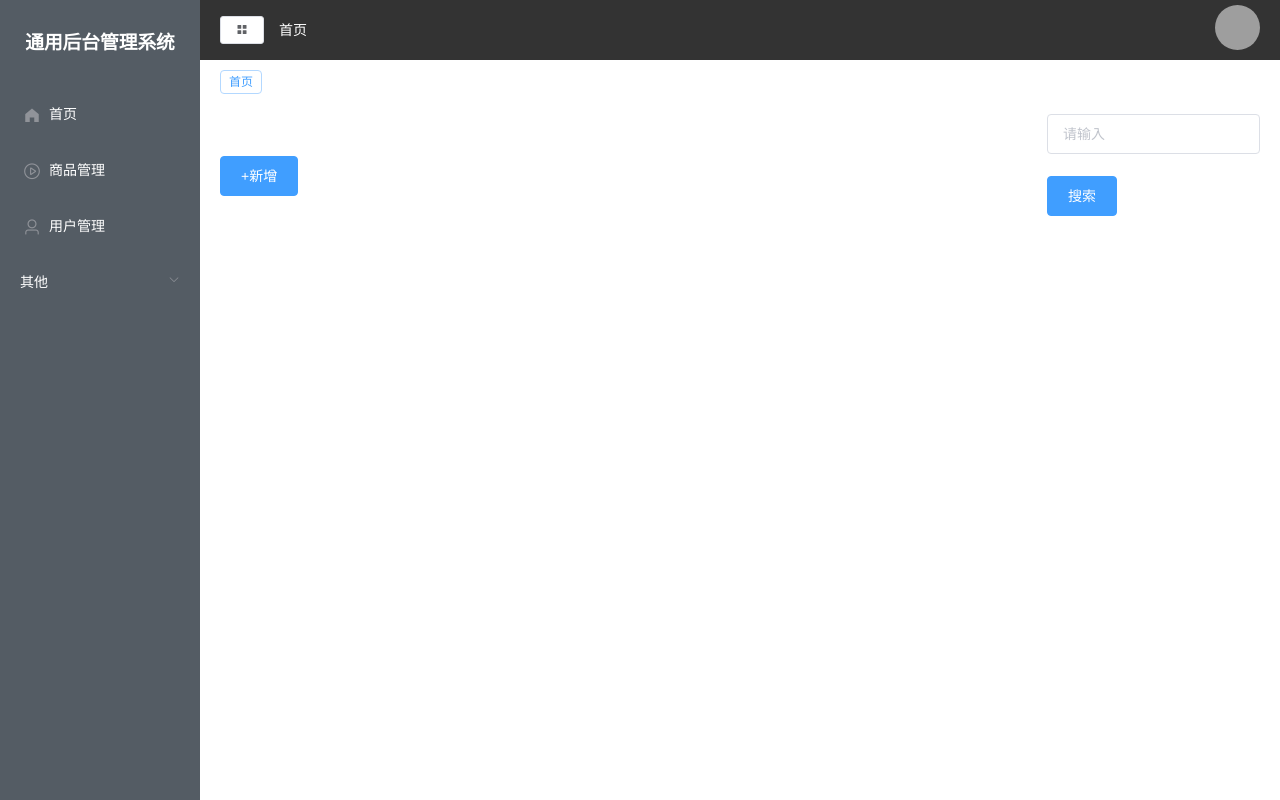
Repository: zhangwen001208/cmd
Page: /user
The author's editor kept a copy of each file at every save. The page is drawn from the files as they stood at one save, then again after the next save.
The browser window is 1280 px wide. The pictures show the whole page.
Pictures or frames that could not be fetched are drawn as grey boxes. The project was rebuilt for these pictures with package versions that can differ from the ones it lists, and the page was loaded fresh each time. Also part of the build but not shown: vue.config.js.

Above is the page before, as saved 2022-08-29 17:09:39.

### src/main.js
import Vue from 'vue'
import App from './App.vue'
import router from './router'
import store from './store'
import ElementUI from 'element-ui';
import 'element-ui/lib/theme-chalk/index.css';

import 'normalize.css'
import './assets/css/index.less'

import '../src/request/mock.js'

Vue.config.productionTip = false

Vue.use( ElementUI )

new Vue({
  router,
  store,

  render: h => h(App)
}).$mount('#app')

### src/App.vue
<template>
  <div id="app">
    <router-view/>
  </div>
</template>

<style lang="less">
#app {
  font-family: Avenir, Helvetica, Arial, sans-serif;
  -webkit-font-smoothing: antialiased;
  -moz-osx-font-smoothing: grayscale;
  text-align: center;
  color: #2c3e50;
}

nav {
  padding: 30px;

  a {
    font-weight: bold;
    color: #2c3e50;

    &.router-link-exact-active {
      color: #42b983;
    }
  }
}
</style>

### src/router/index.js

import Vue from 'vue'
import VueRouter from 'vue-router'


Vue.use(VueRouter)

//即路由地址为’ / ’ 的页面，重复点击后重定向到的页面依然是Home页面，也就是所谓的产生了冗余导航，
const VueRouterPush = VueRouter.prototype.push
VueRouter.prototype.push = function push (location) {
  return  VueRouterPush.call(this, location).catch(err => err)
}


const routes = [
  {
    path: '/',
    name: 'main',
    component: () => import('../views/Main.vue'),
    children: [
      {
        path: '',
        name: 'home',

        component:() => import('../views/home/home.vue')
      },
      {
        path: '/user',
        name: 'user',
        component:() => import('../views/user/user.vue')
      },
      {
        path: '/mall',
        name: 'mall',
        component:() => import('../views/mall/mall.vue')
      },
      {
        path: '/page1',
        name: 'page1',
        component:() => import('../views/other/pageOne.vue')
      },
      {
        path: '/page2',
        name: 'page2  ',
        component:() => import('../views/other/pageTwo.vue')
      }



    ]
  },

]

const router = new VueRouter({
  mode: 'history',
  base: process.env.BASE_URL,
  routes
})






export default router

### src/store/index.js
import Vue from 'vue'
import Vuex from 'vuex'
import tab from './tab'

Vue.use(Vuex)

export default new Vuex.Store({
  state: {
  },
  getters: {
  },
  mutations: {
  },
  actions: {
  },
  modules: {
    tab
  }
})

### src/assets/css/index.less
@import './base.less';

### src/request/mock.js
import Mock from 'mockjs'
import homeApi from './home.js'
import userApi from './user'


Mock.mock('/home/getData',homeApi.getStatisticalData )

Mock.mock('/user/add', 'post',userApi.createUser)

### src/views/Main.vue
<template>
  <div class="home">
      <el-container style="height: 100%">
        <el-aside width="auto">
          <home-aside/>
        </el-aside>
        <el-container>
          <el-header class="header">
            <home-header></home-header>
          </el-header>
           <commandTag/>
          <el-main>
          <router-view></router-view>
          </el-main>
        </el-container>
    </el-container>


  </div>
</template>

<script>

// @ is an alias to /src

import HomeAside from '../components/HomeAside.vue'
import homeHeader from '../components/homeHeader.vue'
import commandTag from '../components/commendTag.vue'

export default {
  name: 'HomeView',
  components: {
    HomeAside,
    homeHeader,
    commandTag

  }
}
</script>
<style lang="less" scoped>
.header{
  background-color: #333;
}

</style>

### src/views/user/user.vue
<!-- eslint-disable vue/multi-word-component-names -->
<template>
    <div class="manage">
        <el-dialog
        :title= "operateType === 'add'? '新增用户': '更新用户'"
        :visible.sync = 'isShow'>
        <commend-from
        :formLabel="opertateFormLabel"
        :form="operateForm"
        :inLine="true"
        ref="form">
        </commend-from>
        <div slot="footer" class="dialog-footer">
            <el-button @click="isShow = false">取消</el-button>
            <el-button type="primary" @click="confirm">确定</el-button>
        </div>
        </el-dialog>
        <div class="manage-header">
            <el-button type="primary" @click="addUser">+新增</el-button>
            <div class="search">
                 <commend-from class="header"
                    :formLabel="formLabel"
                    :form="searchFrom"
                    :inLine="true"
                    ref="form">
            <el-button type="primary" @click="getList">搜索</el-button>

            </commend-from>
            </div>

        </div>


    </div>
</template>

<script>
import commendFrom from '@/components/commendFrom.vue'
    export default {
      components:
       { commendFrom },
       data() {
        return {
            operateType: 'add',
            isShow: false,
            opertateFormLabel: [
                {
                    model: 'name',
                    label: '姓名',
                    type: 'input'
                },
                {
                    model: 'age',
                    label: '年龄',
                    type: 'input'
                },
                {
                    model: 'sex',
                    label: '性别',
                    type: 'select',
                    opts: [
                        {
                            label: '男',
                            value: 1
                        },
                        {
                            label: '女',
                            value: 0
                        }
                    ]
                },
                {
                    model: 'birth',
                    label: '出生日期',
                    type: 'date'
                },
                {
                    model: 'addr',
                    label: '地址',
                    type: 'input'
                }




            ],
            operateForm: {
                name: '',
                addr: '',
                age: '',
                birth: '',
                sex: ''
            },
            formLabel: [
                {
                    model: 'keyword',
                    label: '',
                    type: 'input'
                }
            ],
            searchFrom: {
                keyword: ''
            }


        }
       },
       methods: {
        confirm() {
          if(this.operateType === 'edit') {
            this.$http.post('/user/edit', this.operateForm).then(res => {
                this.isShow = false
                console.log(res)
            })
          }else {
            this.$http.post('/user/add', this.operateForm).then(res => {
                this.isShow = false
                console.log(res)
            })

          }

        },
        addUser() {
            this.isShow = true
            this.operateType= 'add'
            this.operateForm= {
                name: '',
                addr: '',
                age: '',
                birth: '',
                sex: ''
            }

        },
        getList() {

        }

       }

    }
</script>

<style lang="less" scoped>
.manage-header {
    display: flex;
    justify-content: space-between;
    align-items: center;
    .search {
        display: flex;
        align-items: center;
        .el-form-item__content {
            margin-top: 10px;
        }
    }

}

</style>

### src/store/tab.js
export default {
    state: {
       isCollapse: false,
       tabsList: [
        {
            path: '/',
            name: 'home',
            label: '首页',
            icon: 'home'
        }
       ],
       currentMenu: null
    },
    mutations: {
        Collapsemenu(state) {
            state.isCollapse = !state.isCollapse
        },
        selectMenu(state, val) {
            if(val.name !== 'home') {
                state.currentMenu = val
                const result = state.tabsList.findIndex(item => item.name === val.name)

                if(result === -1) {
                    state.tabsList.push(val)
                }else {
                    state.currentMenu == null;
                }
            }
        }

    }
}

### src/assets/css/base.less

body{
    padding: 0;
    margin: 0;
}

html,body,#app {
    width: 100%;
    height: 100%;
    text-align: left;
}

### src/request/home.js
import Mock from 'mockjs'

let List = []

export default{
    getStatisticalData: () => {
        //Mock.Random.float 产生的随机数100到8000之间 保留小数
        for(let i = 0 ; i < 7; i++) {
            List.push(
                Mock.mock({
                    苹果: Mock.Random.float(100, 8000, 0, 0),
                    vivo: Mock.Random.float(100, 8000, 0, 0),
                    oppo: Mock.Random.float(100, 8000, 0, 0),
                    魅族: Mock.Random.float(100, 8000, 0, 0),
                    三星: Mock.Random.float(100, 8000, 0, 0),
                    小米: Mock.Random.float(100, 8000, 0, 0),
                })
            )
        }

        return {
            code: 20000,
            data: {
                //饼图
                videoData: [
                    {
                        name: '小米',
                        value: 2999
                    },
                    {
                        name: '苹果',
                        value: 5999
                    },
                    {
                        name: 'vivo',
                        value: 1500
                    },
                    {
                        name: 'opeo',
                        value: 1999
                    },
                    {
                        name: '魅族',
                        value: 888
                    },
                ],
                //柱状图
                userData: [
                    {
                        data: '周一',
                        new: 132,
                        active: 200
                    },
                    {
                        data: '周二',
                        new: 100,
                        active: 300
                    },
                    {
                        data: '周三',
                        new: 82,
                        active: 230
                    },
                    {
                        data: '周四',
                        new: 62,
                        active: 200
                    },
                    {
                        data: '周五',
                        new: 22,
                        active: 220
                    },
                    {
                        data: '周六',
                        new: 49,
                        active: 220
                    },
                    {
                        data: '周天',
                        new: 5,
                        active: 260
                    },

                ],
                //折线图
                orderData: {
                    date: ['20191001', '20191002', '20191003', '20191004', '20191005', '20191006', '20191007'],
                    data: List
                },

                tableData: [
                    {
                        name: 'oppo',
                        todayBuy: 100,
                        monthBuy: 300,
                        totalBuy: 800
                    },
                    {
                        name: 'vivo',
                        todayBuy: 100,
                        monthBuy: 300,
                        totalBuy: 800
                    },{
                        name: 'apple',
                        todayBuy: 100,
                        monthBuy: 300,
                        totalBuy: 800
                    },{
                        name: '小米',
                        todayBuy: 100,
                        monthBuy: 300,
                        totalBuy: 800
                    },{
                        name: '三星',
                        todayBuy: 100,
                        monthBuy: 300,
                        totalBuy: 800
                    },{
                        name: '魅族',
                        todayBuy: 100,
                        monthBuy: 300,
                        totalBuy: 800
                    }
                ],
            }
        }
    }
}

### src/request/user.js
import Mock from 'mockjs'


function param2obj( url) {
    const searh = url.split('?')[1]
    if(!searh) {
        return {}
    }
    return JSON.parse(
        '{"' +
        decodeURIComponent(searh)
        .replace(/"/g,'\\"')
        .replace(/&/g,'","')
        .replace(/=/g,'":"')+
        '"}'
    )
}
let List = []
const count = 200

for(let i = 0; i< count; i++) {
    List.push(
        Mock.mock({
            id: Mock.Random.guid(),
            name: Mock.Random.cname(),
            addr: Mock.mock('@county(true)'),
            'age|18-60': 1,
            birth: Mock.Random.date(),
            sex: Mock.Random.integer(0,1)
        })
    )
}

export default{

    //获取列表
    getUserList : config => {
        const { name, page = 1, limit = 20} = param2obj(config.url)
        console.log('name:' + name, 'page:' + page, '分页大小limit:' + limit)
        const mockList = List.filter(user => {
            if(name && user.name.indexof(name) === -1 && user.addr.indexof(name) === -1) return false
            return true
        })
        const pageList =  mockList.filter((item, index) => index < limit *page && index >= limit*(page - 1 ))
        return{
            code: 20000,
            count: mockList.length,
            list: pageList
        }
    },

    //增加用户
    createUser: config => {
        const { name, addr,age, birth,sex} = JSON.parse(config.body)
        console.log(JSON.parse(config.body))
        List.unshift({
            id: Mock.Random.guid(),
            name: name,
            addr: addr,
            age: age,
            birth: birth,
            sex: sex
        })
        return {
            code: 20000,
            data: {
                message: '添加成功'
            }

        }
    },

    //删除用户
    deleteUser: config => {
        const { id } = param2obj(config.url)
        if(!id) {
            return {
                code: -999,
                message: '参数不正确'
            }
        }else {
            List = List.filter(u => u.id !== id)
            return {
                code: 20000,
                message: '删除成功'
            }
        }
    },

    //批量删除成功
    batchremove: config => {
        let {ids} = param2obj(config.url)
        ids = ids.split(',')
        List = List.filter(u =>ids.includes(u.id))
        return {
            code: 20000,
            data: {
                message: '批量删除成功'
            }
        }
    },

    updateUser: config => {
        const {id, name, addr, age, birth, sex} = JSON.parse(config.body)
        const sex_num = parseInt(sex)
        List.some(u => {
            if(u.id === id) {
                u.name = name
                u.addr = addr
                u.age = age
                u.birth = birth
                u.sex = sex_num
                return true
            }
        })
        return {
            code: 20000,
            data: {
                message: '编辑成功'
            }
        }
    }


}

### src/components/HomeAside.vue
<template>
<el-menu  default-active="1-4-1"
    class="el-menu-vertical-demo"
     background-color= '#545c64'
     text-color="#fff"
     active-text-color="#ffd04b"
    @open="handleOpen" @close="handleClose"
    :collapse="isCollapse">
  <h3>{{isCollapse? '后台': '通用后台管理系统'}}</h3>
  <el-menu-item  @click="clickmenu(item)" v-for="item in nochildren" index="item.path" :key="item.path">
    <i :class="'el-icon-'+item.icon"></i>
    <span slot="title">{{item.label}}</span>
  </el-menu-item>
  <el-submenu v-for="item in haschildren" index="item.path" :key="item.path">
    <template slot="title">
      <i class="'el-icon-'+item.icon"></i>
      <span slot="title">{{item.label}}</span>
    </template>
    <el-menu-item-group v-for="subitem in item.children" index='subitem.path' :key="subitem.path">

      <el-menu-item @click="clickmenu(subitem)" index="1-1">{{subitem.label}}</el-menu-item>

    </el-menu-item-group>

  </el-submenu>


</el-menu>

</template>

<script>
export default {
    data() {
      return {

        menu:[
          {
            path: '/',
            name: 'home',
            label: '首页',
            icon: 's-home',
            url: 'Home/home'
          },
           {
            path: '/mall',
            name: 'mall',
            label: '商品管理',
            icon: 'video-play',
            url: 'MallManage/MallManage'
          },
           {
            path: '/user',
            name: 'user',
            label: '用户管理',
            icon: 'user',
            url: 'UserManage/UserManage'
          },
           {

            label: '其他',
            icon: 'location',
           children: [
            {
            path: '/page1',
            name: 'page1',
            label: '页面1',
            icon: 'setting',
            url: 'Other/pageOne'
            },
            {
            path: '/page2',
            name: 'page2',
            label: '页面2',
            icon: 'setting',
            url: 'Other/pageTwo'
            }

           ]
          }

        ]
      };
    },
    methods: {
      handleOpen(key, keyPath) {
        console.log(key, keyPath);
      },
      handleClose(key, keyPath) {
        console.log(key, keyPath);
      },
      clickmenu(item) {
        if(this.$router.path !== item.path) {
            this.$router.push({
            name: item.name,
        })
        }
        this.$store.commit('selectMenu', item)


      }
    },
    computed: {
      nochildren() {
        return this.menu.filter(item => !item.children)
      },
      haschildren() {
         return this.menu.filter(item => item.children)
      },
      isCollapse() {
        return  this.$store.state.tab.isCollapse
      }
    }
  }
</script>

<style lang="less" scoped>
  .el-menu-vertical-demo:not(.el-menu--collapse) {
    width: 200px;
    height: 800px;

  }
  .el-menu {
    height: 800px;
    border: none;
    h3{
      color: #fff;
      text-align: center;
      line-height: 48px;

    }
  }

</style>

### src/components/homeHeader.vue
<template>
   <header>
        <div class="l-content">
            <el-button @click="hadrlemenu" plain icon="el-icon-menu" size="mini"></el-button>
            <!-- <h3 style="color: #fff">首页</h3> -->
            <el-breadcrumb separator="/">
                    <el-breadcrumb-item v-for="item in tags" :key="item.path" :to="{ path: item.path }">{{item.label}}</el-breadcrumb-item>


            </el-breadcrumb>
         </div>
         <div class="r-content">
            <el-dropdown trigger="click" szie="mini">
                <span>
                    <img class="user" :src="userImg">
                </span>
                <el-dropdown-menu slot="dropdown">
                    <el-dropdown-item>个人中心</el-dropdown-item>
                    <el-dropdown-item>退出</el-dropdown-item>
                </el-dropdown-menu>

            </el-dropdown>

         </div>
   </header>

</template>

<script>

import {mapState} from 'vuex'

    export default {
        name: 'homeHeader',
        data() {
            return {
                userImg: require('../assets/img/tx.jpeg')
            }
        },
        methods: {
            hadrlemenu() {
                this.$store.commit('Collapsemenu')
            }
        },
        computed: {
            ...mapState({
                tags: state => state.tab.tabsList
            })


        },





    }
</script>

<style lang="less" scoped>
header {
    display: flex;
    height: 100%;
    justify-content: space-between;
    align-items: center;
    .l-content {
        display: flex;
        align-items: center;
        .el-button {
            margin-right: 15px;

        }
        .el-breadcrumb ::v-deep .el-breadcrumb__inner {
        color: #fff !important;
}
    }
    .r-content {
        .user {
            width: 45px;
            height: 45px;
            border-radius: 50%;
        }
    }


}


</style>

### src/components/commendTag.vue
<template>
    <div class="tag">
      <el-tag
        v-for="(tag,index) in tags"
        :key="tag.name"
        :closable ="tag.name !== 'home'"
        :effect= "$route.name == tag.name? 'dark': 'plain' "
        @click="changmenu(tag)"
        @close= "handleClose(tag, index)"
        size="small"
        >
        {{tag.label}}
     </el-tag>


    </div>
</template>

<script>
import { mapState } from 'vuex'


    export default {
        name: 'commandTag',
        data() {
            return {

            }
        },
        computed: {
            ...mapState({
                tags: state => state.tab.tabsList
            })
        },
        created() {
            console.log(this.tags)
        },
        methods: {
            changmenu(item) {
                this.$router.push({
                    name: item.name
                })

            },
            handleClose(tag){
            this.tags.splice(this.tags.indexOf(tag), 1);
            }
        },



    }
</script>

<style lang="less" scoped>

.tag {
    margin: 10px 10px 0 20px;
    .el-tag {
        margin-right: 20px;
        cursor: pointer;
    }
}

</style>

### src/components/commendFrom.vue
<template>
    <el-form ref='form' label-width= '100px' :v-model="form" :inline = 'inline'>
        <el-form-item v-for="item in formLabel" :key="item.label" :label="item.label">
            <el-input
            v-if="item.type === 'input'"
            :placeholder="'请输入'+ item.label"
            :model="form[item.model]">
            </el-input>

            <el-switch
            v-if="item.type === 'switch'"
             :model="form[item.model]"
            >
            </el-switch>

             <el-date-picker
            v-if="item.type === 'date'"
            type="date"
            value-format="yyyy-MM-dd"
            placeholder="请选择日期"
             :model="form[item.model]"
            >
            </el-date-picker>

            <el-select
             v-if="item.type === 'select'"
             placeholder="请选择日期"
            :model="form[item.model]"
             >
             <el-option
             v-for="item in item.opts"
             :key="item.value"
             :label="item.label"
             :value="item.value"
             >
             </el-option>
            </el-select>

        </el-form-item>
        <el-form-item><slot></slot></el-form-item>

    </el-form>
</template>

<script>
    export default {
        name: 'commendFrom',
        props: {
            formLabel: Array,
            form: Object,
            inline: Boolean
        }

    }
</script>

<style lang="scss" scoped>

</style>

Loaded but not shown: public/index.html (common file)

After the next save:
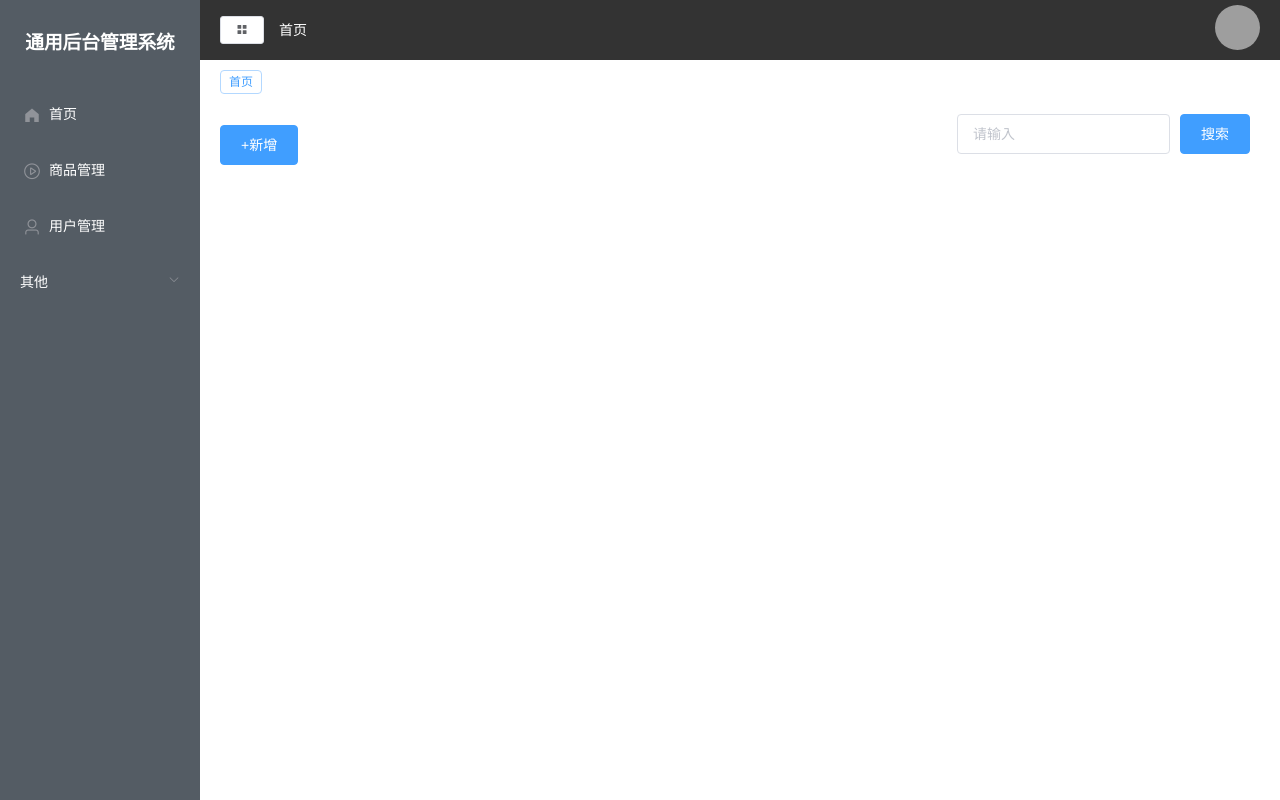
Saved 23 min 51 s later.
--- a/src/views/user/user.vue
+++ b/src/views/user/user.vue
@@ -7,7 +7,7 @@
         <commend-from
         :formLabel="opertateFormLabel"
         :form="operateForm"
-        :inLine="true"
+        :inline="true"
         ref="form">
         </commend-from>
         <div slot="footer" class="dialog-footer">
@@ -21,7 +21,7 @@
                  <commend-from class="header"
                     :formLabel="formLabel"
                     :form="searchFrom"
-                    :inLine="true"
+                    :inline="true"
                     ref="form">
             <el-button type="primary" @click="getList">搜索</el-button>
 
@@ -149,6 +149,7 @@ import commendFrom from '@/components/commendFrom.vue'
     align-items: center;
     .search {
         display: flex;
+        justify-content: space-around;
         align-items: center;
         .el-form-item__content {
             margin-top: 10px;
